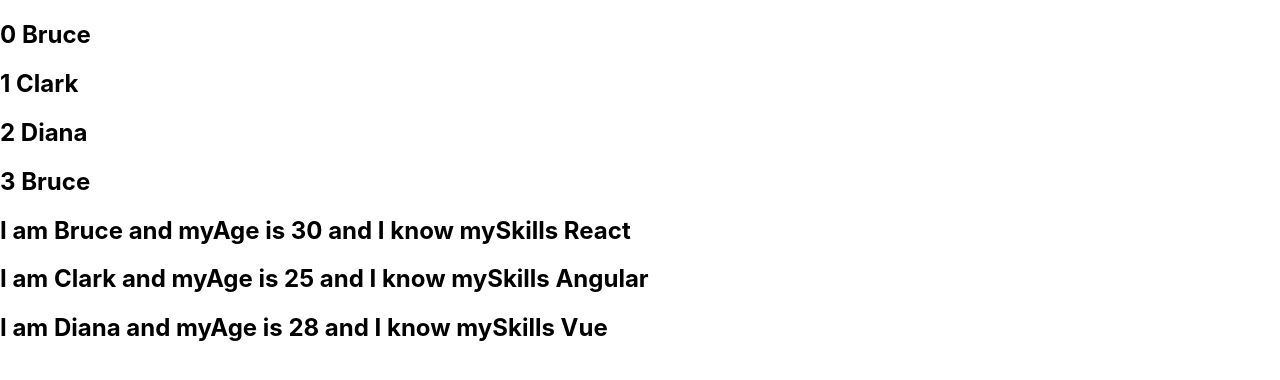
Repository: OmniaRafat232111121/my-app
Page: /
These files come from the project's save history. The page is drawn as it stood at one moment and after the next save; the edit follows.
The browser window is 1280 px wide. The pictures show the whole page.
The project was rebuilt for these pictures with package versions that can differ from the ones it lists, and the page was loaded fresh each time. Also part of the build but not shown: src/Components/Content.jsx, src/Components/Header.jsx, src/Components/UserGreeting.jsx, src/Welcome.jsx. Imported but missing from the stored project, and not drawn on this page: src/Components/Form.

Above is the page before, as saved 2022-10-21 09:19:15.

After the next save:
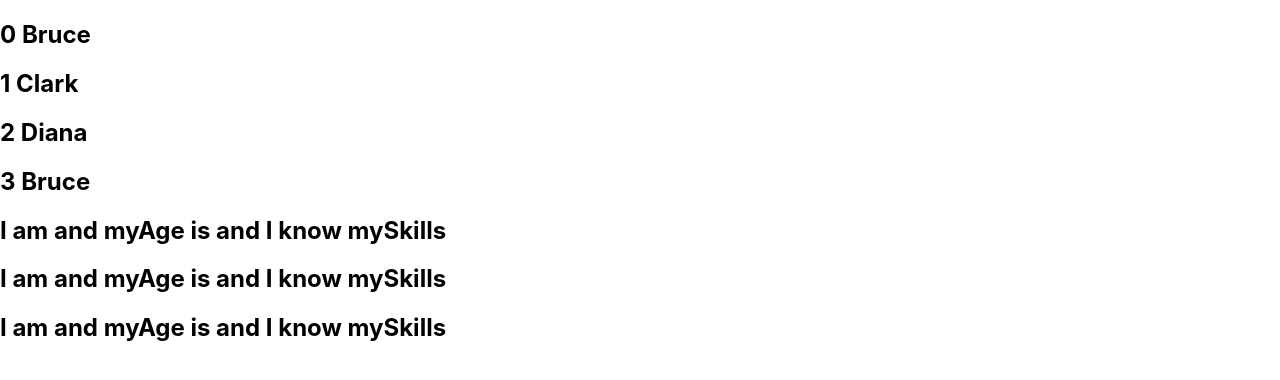
Saved 2 min 29 s later.
--- a/src/Components/NameList.jsx
+++ b/src/Components/NameList.jsx
@@ -23,7 +23,7 @@
       skill: 'Vue'
     }
   ]
-  const personList = persons.map(person => <Person key={person.id} person={person} />)
+  const personList = persons.map(person => <Person key={person.id} person={person.age} />)
   const nameList = names.map((name, index) => <h2 key={index}>{index} {name}</h2>)
   return (
 <>

After the 2 saves that followed:
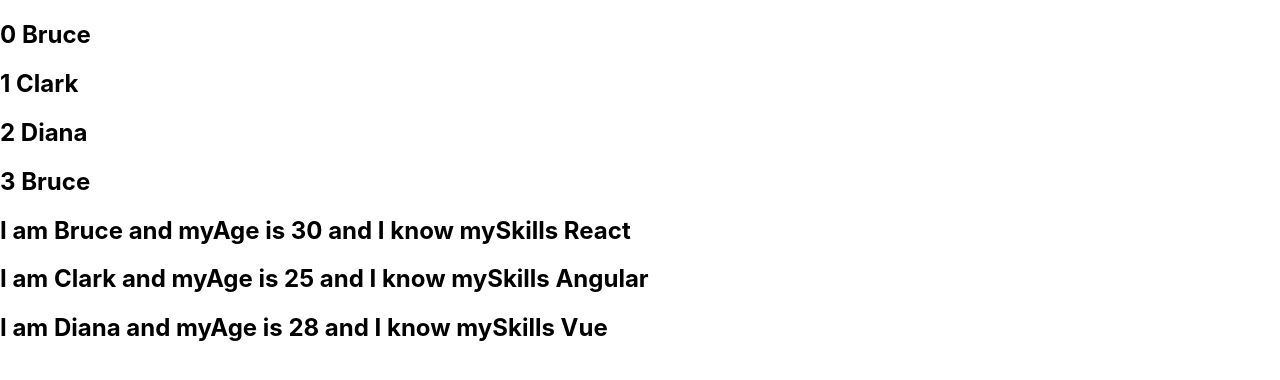
The 2 saves are shown as one change because they came seconds apart.
The last was saved 18 s later.
--- a/src/Components/NameList.jsx
+++ b/src/Components/NameList.jsx
@@ -23,7 +23,7 @@
       skill: 'Vue'
     }
   ]
-  const personList = persons.map(person => <Person key={person.id} person={person.age} />)
+  const personList = persons.map(person => <Person key={person.id} person={person} />)
   const nameList = names.map((name, index) => <h2 key={index}>{index} {name}</h2>)
   return (
 <>
